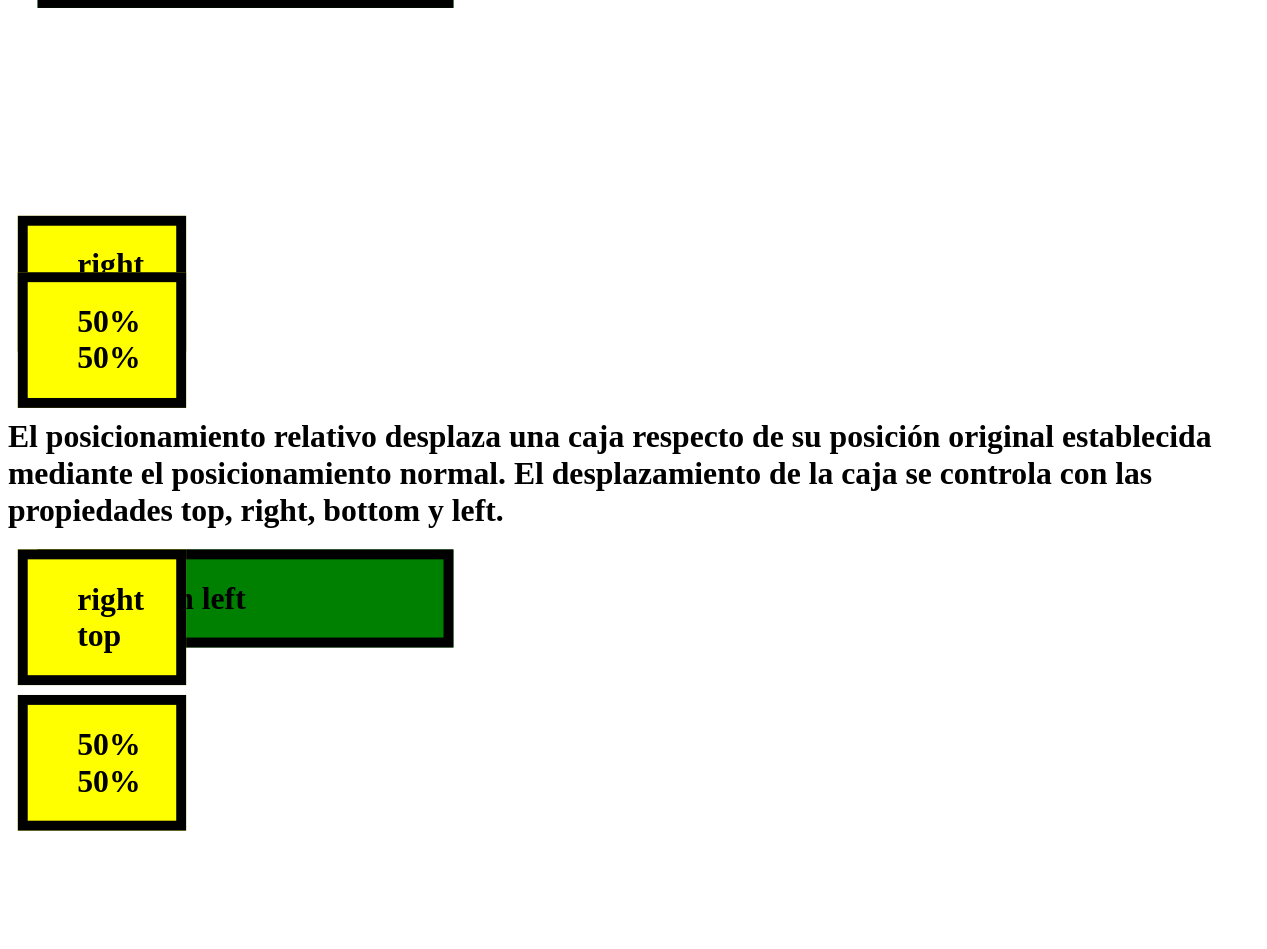
Repository: antonio63j/misNotas
Page: software/CSS/Demos/aptana_proyect/src/relativo.html
The author's editor kept a copy of each file at every save. The page is drawn from the files as they stood at one save, then again after the next save.
The browser window is 1280 px wide. The pictures show the whole page, at 99% of full size.

Above is the page before, as saved 2017-04-23 16:43:53.

### software/CSS/Demos/aptana_proyect/src/relativo.html
<!DOCTYPE html>
<html>
<head>
<style>

#caja1 {
  position:relative;
  bottom:100px;
  left:20px;
  width: 300px;
  padding-left:  50px;
  padding-right: 50px;
  margin-left:   10px;
  margin-right:  10px;
  border: 10px solid black;
  margin-bottom:10px;
  background-color:green;
}

#caja2 {
  position:relative;
  top:100px;
  width: 50px;
  padding-left:  50px;
  padding-right: 50px;
  margin-left:   10px;
  margin-right:  10px;
  border: 10px solid black;
  margin-bottom:10px;
  background-color:yellow;
}

#caja3 {
  position:relative;
  top:10px;
  width: 50px;
  padding-left:  50px;
  padding-right: 50px;
  margin-left:   10px;
  margin-right:  10px;
  border: 10px solid black;
  margin-bottom:10px;
  background-color:yellow;
}

#caja11 {
  position:relative;
  bottom:1px;
  left:20px;
  width: 300px;
  padding-left:  50px;
  padding-right: 50px;
  margin-left:   10px;
  margin-right:  10px;
  border: 10px solid black;
  margin-bottom:10px;
  background-color:green;
}

#caja22 {
  position:relative;
  top:-110px;
  width: 50px;
  padding-left:  50px;
  padding-right: 50px;
  margin-left:   10px;
  margin-right:  10px;
  border: 10px solid black;
  margin-bottom:10px;
  background-color:yellow;
}

#caja33 {
  position:relative;
  top:-110px;
  width: 50px;
  padding-left:  50px;
  padding-right: 50px;
  margin-left:   10px;
  margin-right:  10px;
  border: 10px solid black;
  margin-bottom:10px;
  background-color:yellow;
}

</style>
</head>



<body>

<div id="caja1"><h1>bottom left</h1></div>
<div id="caja2"><h1>right top</h1></div>
<div id="caja3"><h1>50% 50%</h1></div>

<h1>El posicionamiento relativo desplaza una caja respecto de su posición original establecida mediante el posicionamiento normal. El desplazamiento de la caja se controla con las propiedades top, right, bottom y left.</h1>

<div id="caja11"><h1>bottom left</h1></div>
<div id="caja22"><h1>right top</h1></div>
<div id="caja33"><h1>50% 50%</h1></div>

</body>

</html>

After the next save:
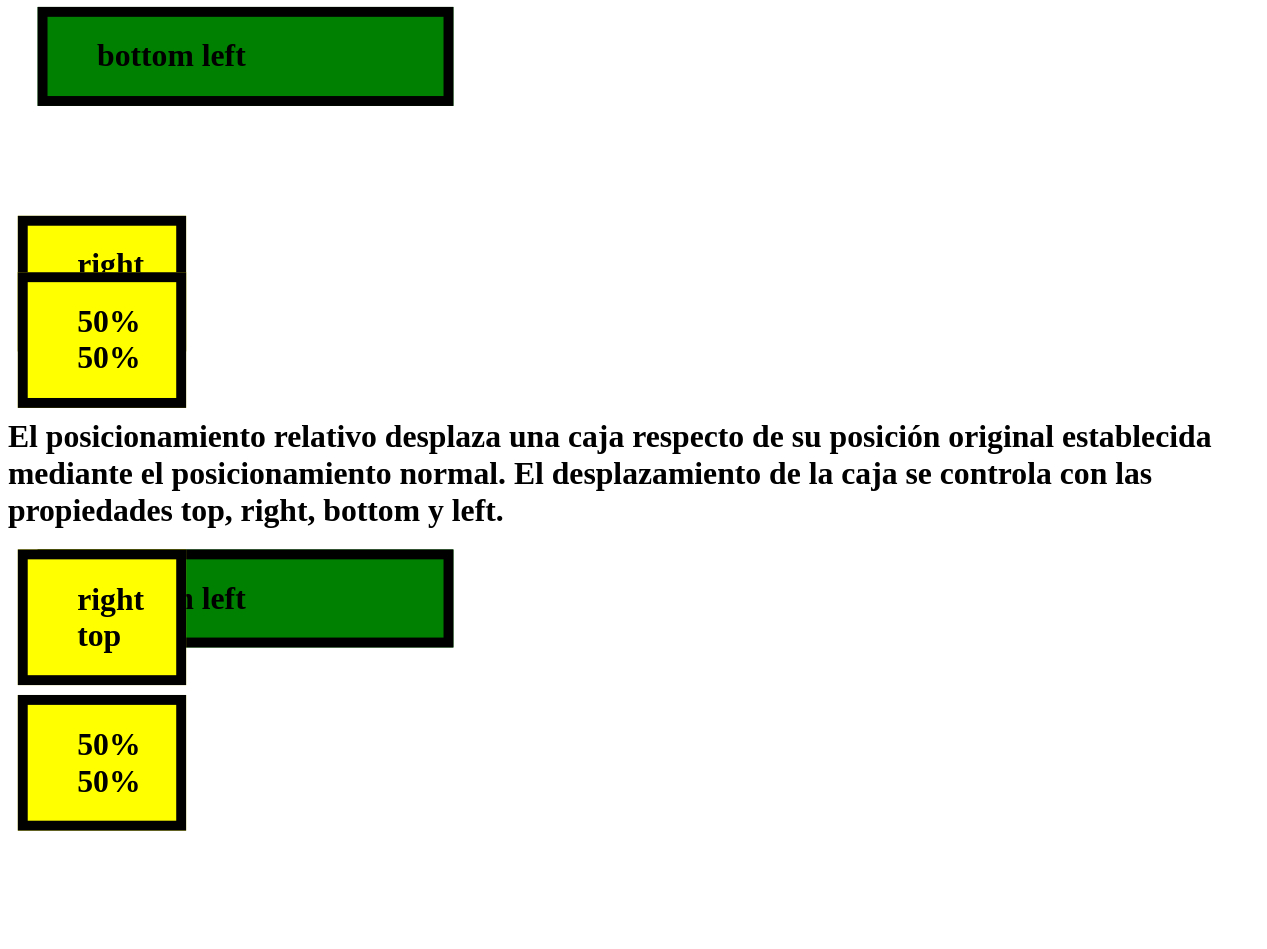
Saved 49 s later.
--- a/software/CSS/Demos/aptana_proyect/src/relativo.html
+++ b/software/CSS/Demos/aptana_proyect/src/relativo.html
@@ -5,7 +5,7 @@
 
 #caja1 {
   position:relative;
-  bottom:100px;
+  bottom:1px;
   left:20px;
   width: 300px;
   padding-left:  50px;
